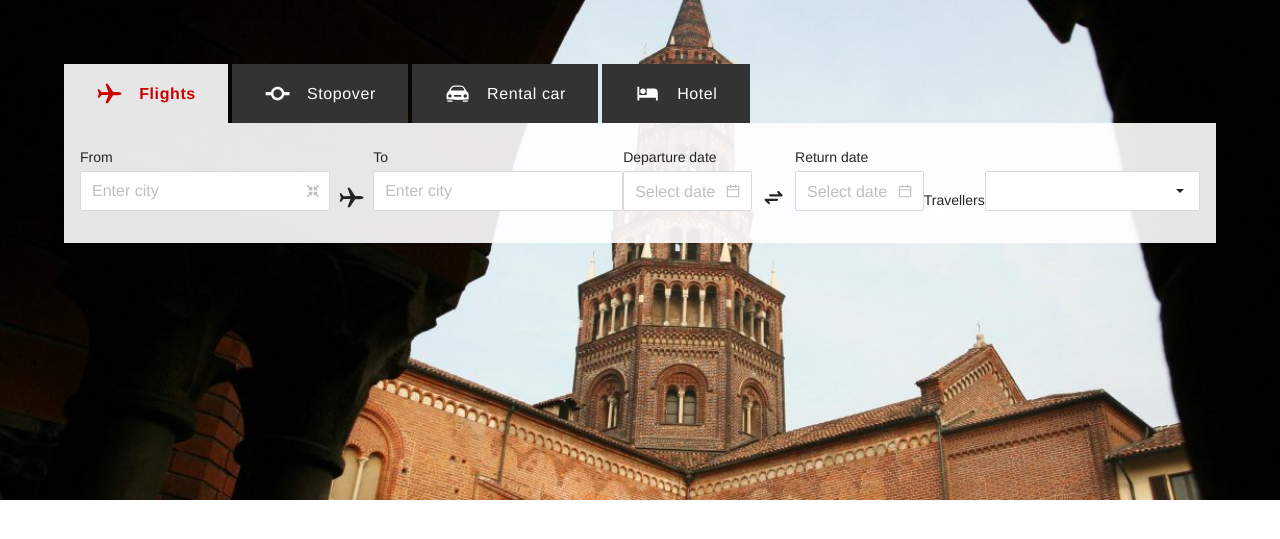
Repository: guidogr95/Everymundo-Excercise
Page: /
An editor plug-in stored every save of this project. The page is shown before and after the next save, followed by the edit.
The browser window is 1280 px wide. The pictures show the whole page.
The project was rebuilt for these pictures with package versions that can differ from the ones it lists, and the page was loaded fresh each time. Also part of the build but not shown: src/components/CustomSpin/customspin.scss.

Above is the page before, as saved 2021-07-01 20:39:56.

After the next save:
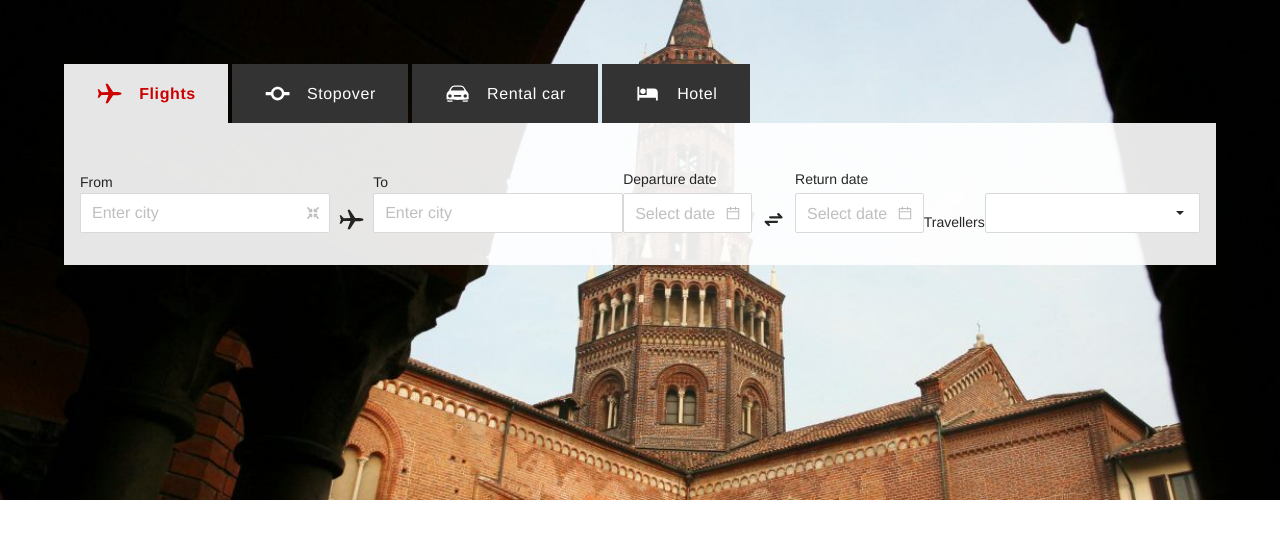
Saved 23 s later.
--- a/src/components/BookingMask/FlightsTab/AirportInputs/AirportInput/airportinput.scss
+++ b/src/components/BookingMask/FlightsTab/AirportInputs/AirportInput/airportinput.scss
@@ -13,10 +13,4 @@
 .airportinput__wrapper {
   display: flex;
   flex-direction: column;
-  position: relative;
-  label {
-    position: absolute;
-    left: 0;
-    bottom: calc(100% + .2rem);
-  }
 }
